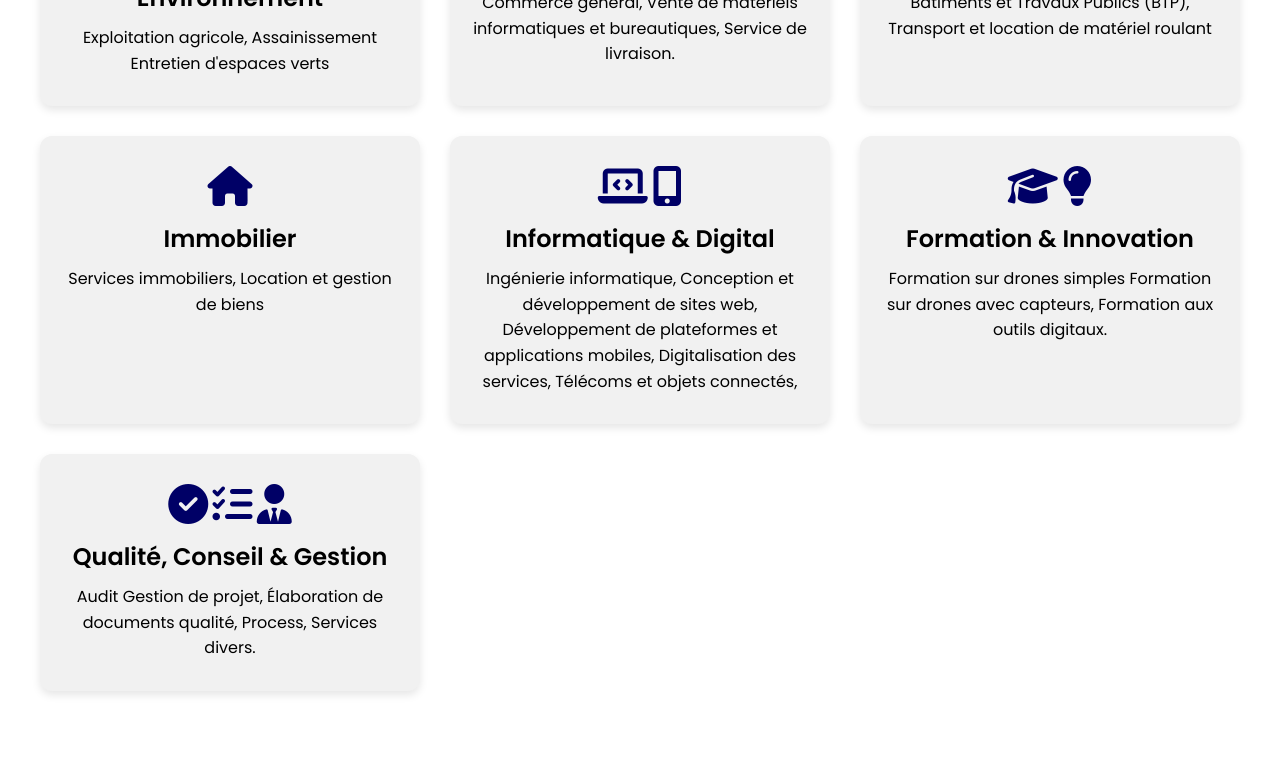
Repository: prestige225/prestige_services_et_finances
Page: AM.HTML
The author's editor kept a copy of each file at every save. The page is drawn from the files as they stood at one save, then again after the next save.
The browser window is 1280 px wide. The pictures show the part of the page from y = 1140 to 2092 px (the page is 1911 px tall before and 2092 px after).

Above is the page before, as saved 2025-05-30 02:42:43.
Not found: style.css

After the next save:
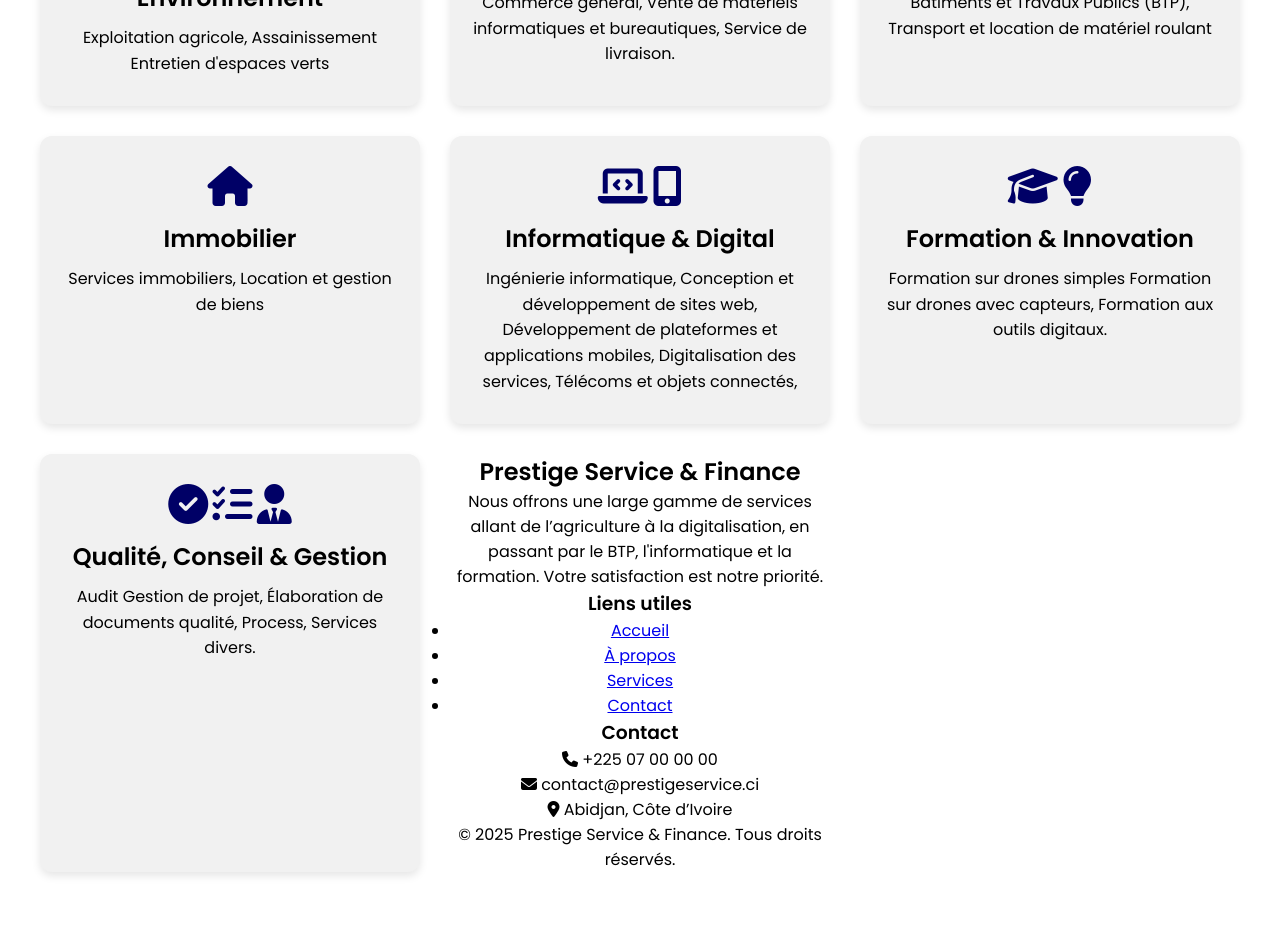
Saved 6 min 41 s later.
--- a/AM.HTML
+++ b/AM.HTML
@@ -360,5 +360,40 @@
         </p>
         </div>
 
+
+
+
+
+        <footer class="site-footer">
+  <div class="footer-container">
+    <div class="footer-about">
+      <h2>Prestige Service & Finance</h2>
+      <p>Nous offrons une large gamme de services allant de l’agriculture à la digitalisation, en passant par le BTP, l'informatique et la formation. Votre satisfaction est notre priorité.</p>
+    </div>
+
+    <div class="footer-links">
+      <h3>Liens utiles</h3>
+      <ul>
+        <li><a href="index.html">Accueil</a></li>
+        <li><a href="prestige.html">À propos</a></li>
+        <li><a href="finance.html">Services</a></li>
+        <li><a href="contact.html">Contact</a></li>
+      </ul>
+    </div>
+
+    <div class="footer-contact">
+      <h3>Contact</h3>
+      <p><i class="fas fa-phone"></i> +225 07 00 00 00</p>
+      <p><i class="fas fa-envelope"></i> contact@prestigeservice.ci</p>
+      <p><i class="fas fa-map-marker-alt"></i> Abidjan, Côte d’Ivoire</p>
+    </div>
+  </div>
+
+  <div class="footer-bottom">
+    <p>&copy; 2025 Prestige Service & Finance. Tous droits réservés.</p>
+  </div>
+</footer>
+
+
 </body>
 </html>
